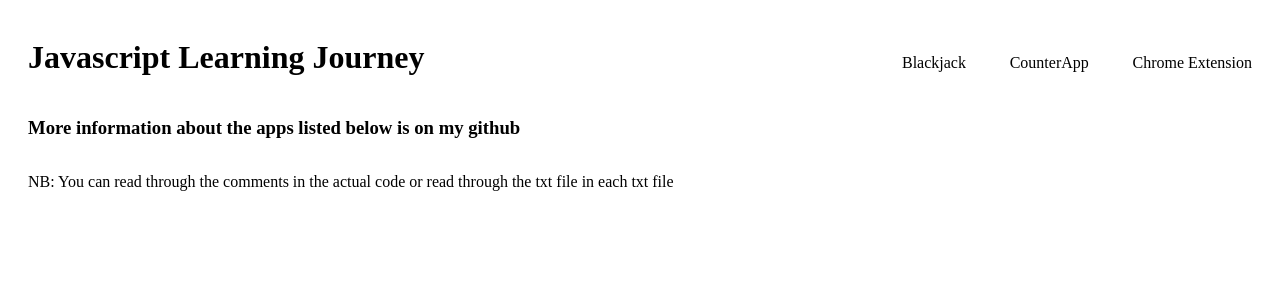
Repository: Siphamandla201/Javascript-Journey
Page: index.html
These files come from the project's save history. The page is drawn as it stood at one moment and after a run of saves; the edit follows.
The browser window is 1280 px wide. The pictures show the whole page.

Above is the page before, as saved 2023-07-27 16:24:37.

After the next 2 saves:
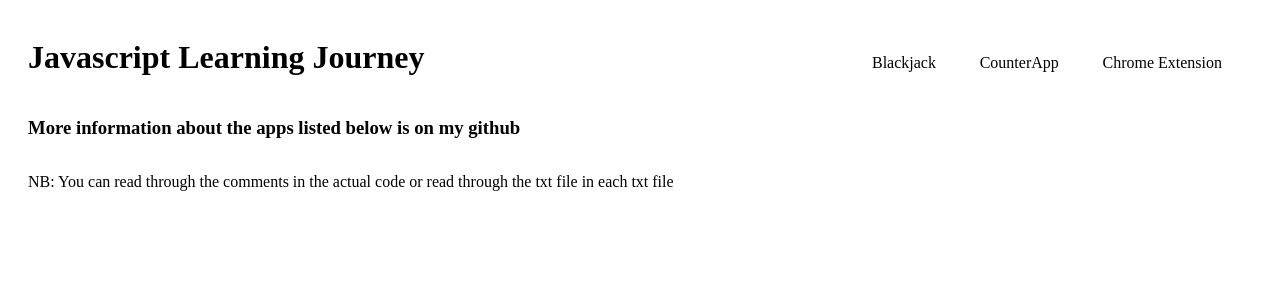
The 2 saves are shown as one change because they came seconds apart.
The last was saved 7 s later.
--- a/style.css
+++ b/style.css
@@ -3,7 +3,7 @@ body {
     flex-direction: column;
     padding: 20px;
     padding-top: 10px;
-    padding-top: 10px;
+    padding-right: 50px;
 }
 
 div {
